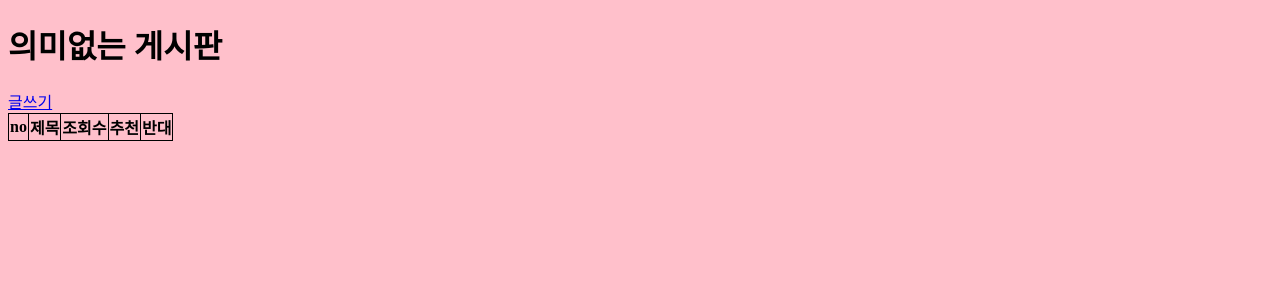
Repository: Bigdog93/WebworkspacePT
Page: http://localhost/BoardVer2/list
These files come from the project's save history. The page is drawn as it stood at one moment and after the next save; the edit follows.
The browser window is 1280 px wide. The pictures show the whole page.
The page is served by Tomcat 9.

Above is the page before, as saved 2021-04-27 06:40:02.

After the next save:
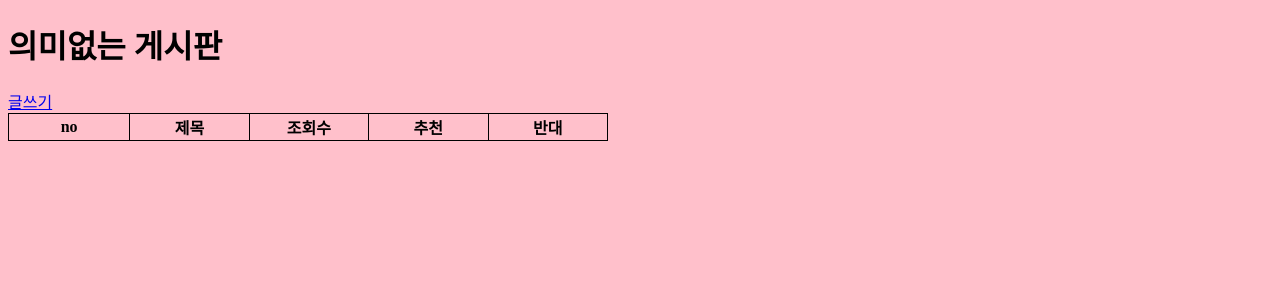
Saved 73 s later.
--- a/WebWorkSpace/BoardVer2/src/main/webapp/WEB-INF/jsp/list.jsp
+++ b/WebWorkSpace/BoardVer2/src/main/webapp/WEB-INF/jsp/list.jsp
@@ -13,9 +13,12 @@
 	body {
 		background-color: pink;
 	}
+
 	table, th, td {
 		border : 1px solid black;
 		border-collapse : collapse;
+		width : 600px;
+		heigth : 100%;
 	}
 </style>
 <title>Insert title here</title>
